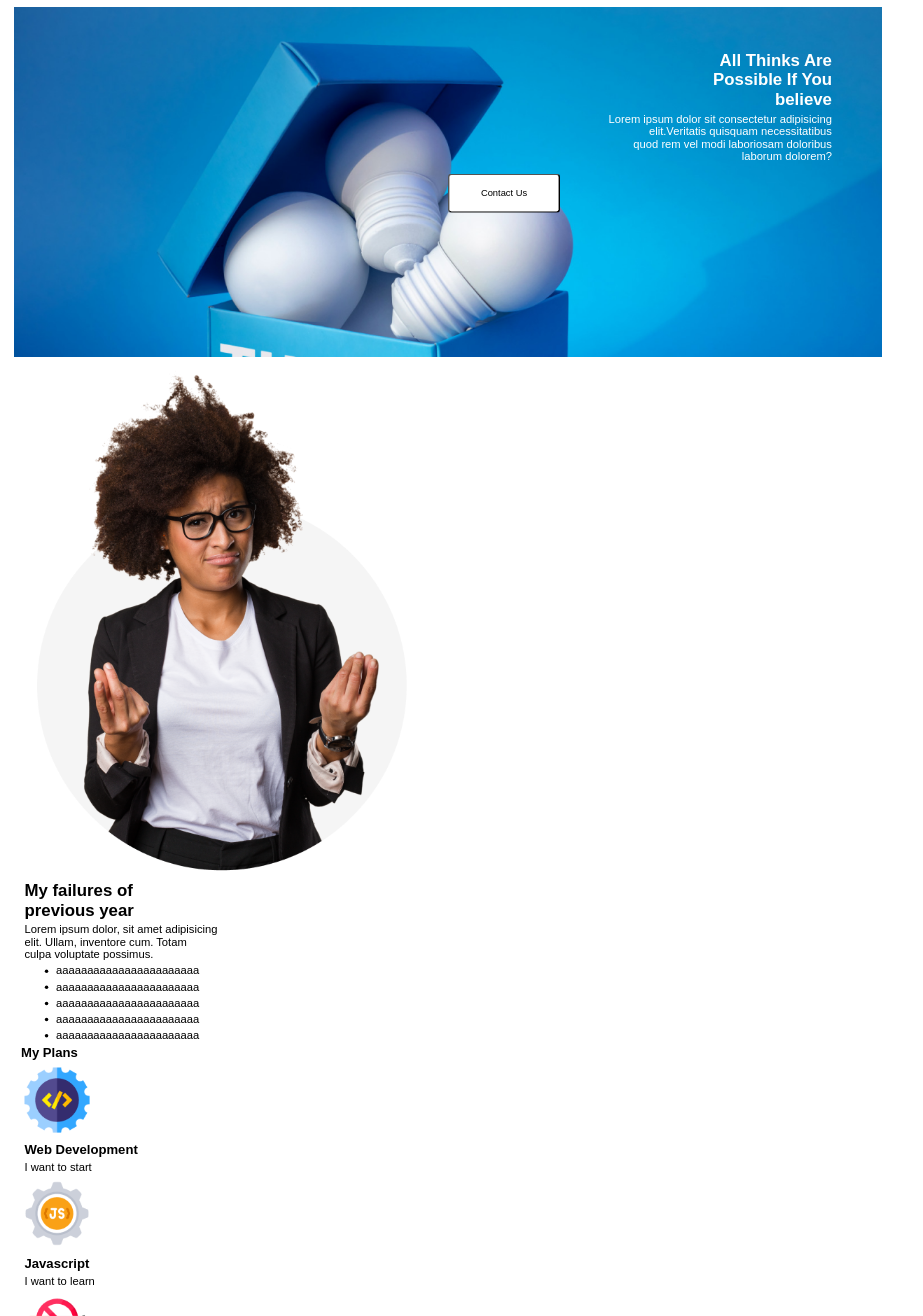
Repository: sadiaafsana138/All-Thinks-Are-Possible-Website
Page: index.html
An editor plug-in stored every save of this project. The page is shown before and after the next save, followed by the edit.
The browser window is 1280 px wide. The page is 1280 px wide, then 1319 px, so the pictures cover 1319 px, including what lies to the right of the window. The pictures show the part of the page from y = 0 to 1880 px (the page is 3411 px tall), at 70% of full size.
Backgrounds fixed to the window are drawn as part of the page.

Above is the page before, as saved 2023-01-08 10:04:12.

### index.html
<!DOCTYPE html>
<html lang="en">

<head>
    <meta charset="UTF-8">
    <meta http-equiv="X-UA-Compatible" content="IE=edge">
    <meta name="viewport" content="width=device-width, initial-scale=1.0">
    <title>First Website</title>
    <link rel="stylesheet" href="styles/web.css">
</head>

<body>
    <!-- header -->
    <header>
        <section class="section1">
            <div>
                <h1 id="head-text1">
                    All Thinks Are<br>Possible If You<br>believe
                </h1>
                <p id="head-text2" >Lorem ipsum dolor sit consectetur adipisicing<br>elit.Veritatis quisquam necessitatibus <br>quod rem vel modi laboriosam doloribus<br>laborum dolorem?
                </p>
                <button id="button1">
                    Contact Us
                </button>
            </div>
        </section>
    </header>
    <main>
        <!--next sections-->
        <section>
            <div>
                <img src="images/person.png" alt="person">
                <div>
                    <h2>
                        My failures of <br>
                        previous year
                    </h2>
                    <p>
                        Lorem ipsum dolor, sit amet adipisicing <br>
                        elit. Ullam, inventore cum. Totam <br>
                        culpa voluptate possimus.
                    </p>
                    <ul>
                        <li>aaaaaaaaaaaaaaaaaaaaaaa</li>
                        <li>aaaaaaaaaaaaaaaaaaaaaaa</li>
                        <li>aaaaaaaaaaaaaaaaaaaaaaa</li>
                        <li>aaaaaaaaaaaaaaaaaaaaaaa</li>
                        <li>aaaaaaaaaaaaaaaaaaaaaaa</li>
                    </ul>
                </div>
            </div>
        </section>

        <!--section 3-->
        <section>
            <div>
                <h3>
                    My Plans
                </h3>
                <div>
                    <img src="images/icons/web.png" alt=""><br>
                    <H3>Web Development</H3>
                    <p>I want to start</p>
                </div>
                <div>
                    <img src="images/icons/js.png" alt=""><br>
                    <H3>Javascript</H3>
                    <p>I want to learn</p>
                </div>
                <div>
                    <img src="images/icons/smoke.png" alt=""><br>
                    <H3>smoking habit</H3>
                    <p>I want to end</p>
                </div>
                <div>
                    <img src="images/icons/ecom.png" alt=""><br>
                    <H3>E-commerce</H3>
                    <p>I want to develop</p>
                </div>
            </div>
            <div>
                <img src="images/watch.png" alt="">
                <img src="images/gradient1.png" alt="">
                <div>
                    <h3>Always Keep positive Mindset</h3><br>
                    <button>Call now</button>
                </div>
            </div>
        </section>

    </main>
    <footer>
        <Section>
            <div>
                <h2>Future</h2><br>
                <p>Lorem ipsum dolor sit amet consectetur adipisicing elit. Totam ullam accusamus sequi dolor dolores,
                    suscipit dignissimos aut doloribus officiis explicabo distinctio dolore, quo perspiciatis odio magni
                    at tempore neque reiciendis.
                </p><br>
                <p>Email: XXXXXX@gmail.com</p><br>
                <P>phone-no: 01516656595</P><br>
                <ul>
                    <li><img src="images/icons/fb.png" alt=""></li>
                    <li><img src="images/icons/youtube.png" alt=""></li>
                    <li><img src="images/icons/twitter.png" alt=""></li>
                </ul>
            </div>
            <div>
                <h3>subscribe</h3><br>
                <input type="email" plavceholder="Enter Your Email"><br>
                <button>subscribe here</button>
            </div>
        </Section>
    </footer>
</body>

</html>

### styles/web.css
*{
margin: 5px 5px ;
font-family: Arial, Helvetica, sans-serif;
}
.section1{
    background-image:url(../images/banner/banner3.png);
    height: 500px;
    width:cover;
    background-repeat: no-repeat;
    background-color: blue;
    background-attachment: fixed;
}
#head-text1{
    color: white;
    padding-left: 50% ;
    padding-right:5%;
    padding-top: 5%;
    text-align: right;
    Font-style: Bold;
}
#head-text2{
    color: white;
    padding-left: 50% ;
    padding-right:5%;
    text-align: right;
}
#button1{
    margin-top: 10px;
    width: 160px;
    height: 56px;
    left: 640px;
    top: 438px;
    text-align: center;
    align-items: right;
    background: white;
    border-radius: 5px;
    margin-right: 150px;
    margin-left: 50%;
    align-content: right;
}

After the next save:
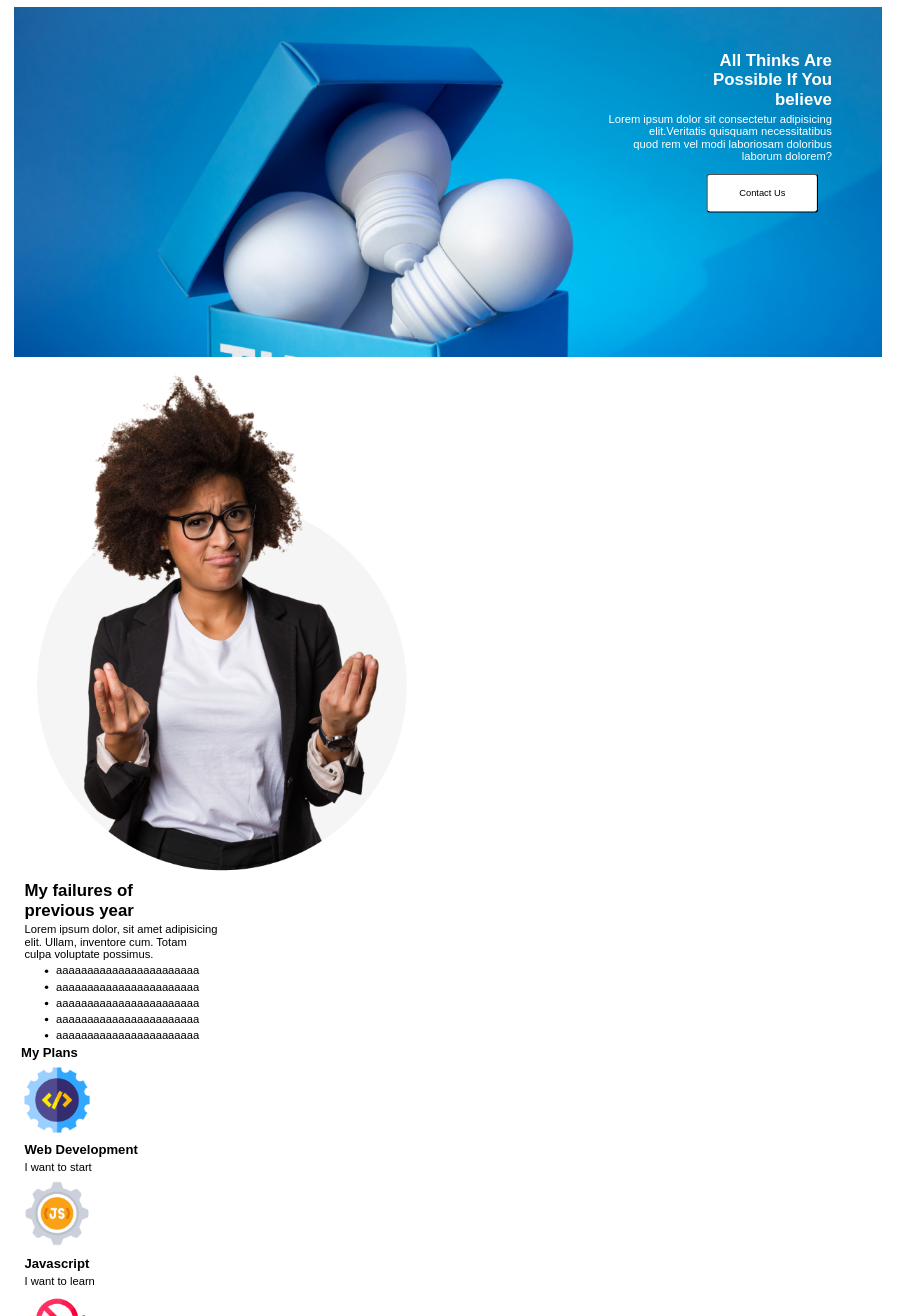
Saved 105 s later.
--- a/styles/web.css
+++ b/styles/web.css
@@ -35,6 +35,6 @@ font-family: Arial, Helvetica, sans-serif;
     background: white;
     border-radius: 5px;
     margin-right: 150px;
-    margin-left: 50%;
+    margin-left: 80%;
     align-content: right;
 }
